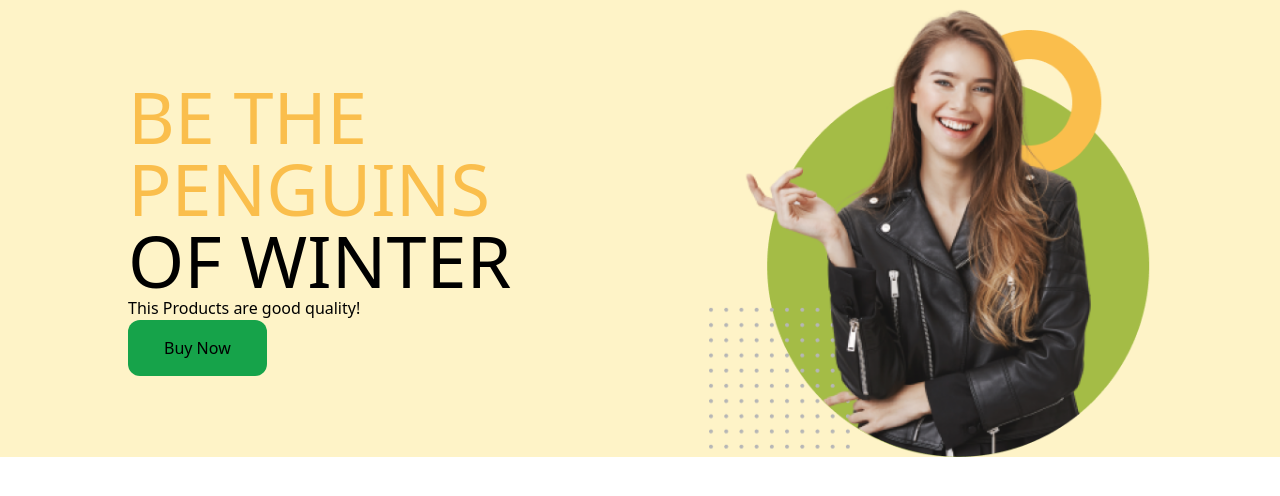
Repository: SyeadaSakina/Penguins-fashion
Page: index.html
These files come from the project's save history. The page is drawn as it stood at one moment and after the next save; the edit follows.
The browser window is 1280 px wide. The pictures show the whole page.
Some web libraries are served in a nearby version.

Above is the page before, as saved 2023-07-21 22:47:56.

### index.html
<!DOCTYPE html>
<html lang="en">

<head>
    <meta charset="UTF-8">
    <meta name="viewport" content="width=device-width, initial-scale=1.0">
    <title>Penguin Fashion</title>
    <script src="https://cdn.tailwindcss.com"></script>
</head>

<body>
    <header class="bg-amber-100 px-32">
        <!-- nav section -->
        <nav>

        </nav>

        <!-- banner section -->
        <div class="flex justify-between items-center">
            <div>
                <h1 class="text-7xl uppercase"> <span class="text-[#FABE4C]">Be the Penguins</span>
                    <br> of Winter
                </h1>
                <p>
                    This Products are good quality!
                </p>
                <button class="py-4 px-9 bg-green-600 rounded-xl">Buy Now</button>
            </div>
            <div>
                <img src="images/model.png" alt="Image of a model">
            </div>
        </div>

    </header>
    <main>

    </main>
    <footer>

    </footer>
</body>

</html>

After the next save:
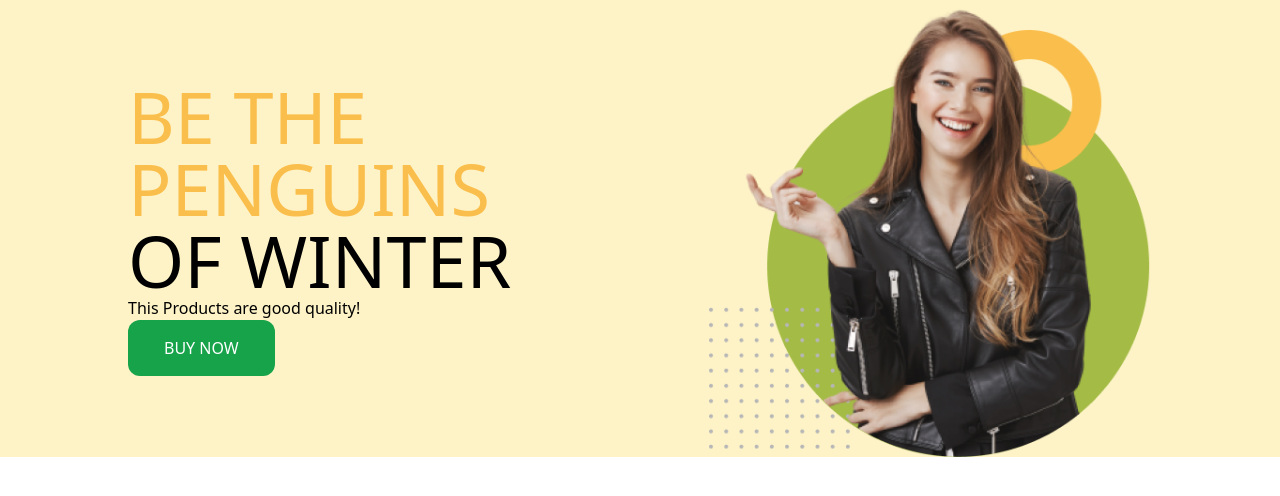
Saved 99 s later.
--- a/index.html
+++ b/index.html
@@ -24,7 +24,7 @@
                 <p>
                     This Products are good quality!
                 </p>
-                <button class="py-4 px-9 bg-green-600 rounded-xl">Buy Now</button>
+                <button class="py-4 px-9 bg-green-600 rounded-xl uppercase text-white font-medium">Buy Now</button>
             </div>
             <div>
                 <img src="images/model.png" alt="Image of a model">
